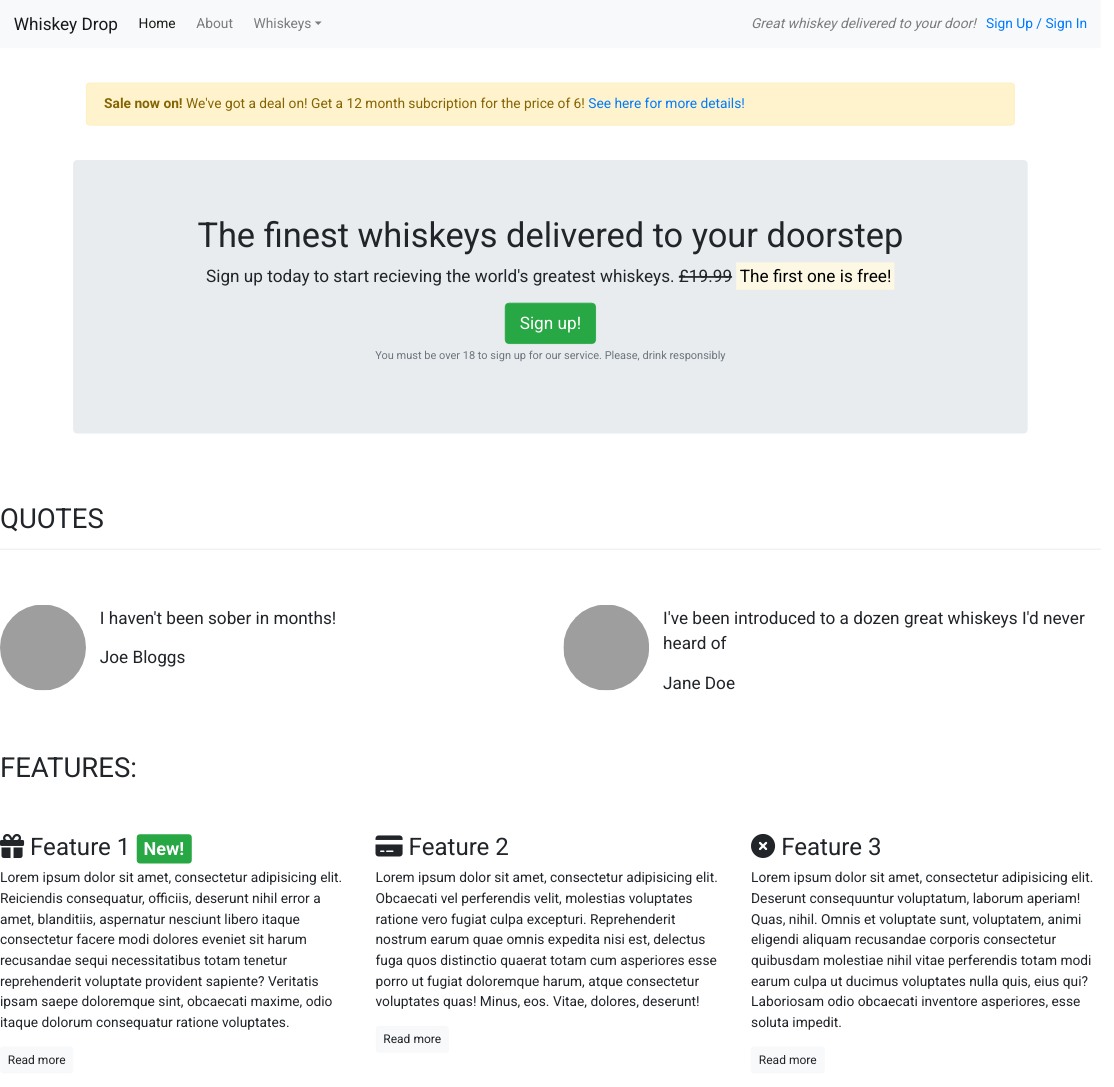
Repository: Matt-F90/Intro-to-bootstrap
Page: index.html
The author's editor kept a record of every edit. The page is drawn from the files as they stood at one moment, then again after the next edit.
The browser window is 1280 px wide. The page is 1295 px wide, so the pictures cover 1295 px, including what lies to the right of the window. The pictures show the whole page, at 86% of full size.
Pictures or frames that could not be fetched are drawn as grey boxes. Some web libraries are served in a nearby version.

Above is the page before.
Console error: TypeError: Cannot read properties of undefined (reading 'fn')

### index.html
<!DOCTYPE html>
<html lang="en">

<head>
    <meta charset="UTF-8">
    <meta name="viewport" content="width=device-width, initial-scale=1.0">
    <meta http-equiv="X-UA-Compatible" content="ie=edge">
    <title>Whiskey Drop | Taste a new whiskey every month</title>
    <link rel="stylesheet" href="https://stackpath.bootstrapcdn.com/bootstrap/4.1.3/css/bootstrap.min.css" integrity="sha384-MCw98/SFnGE8fJT3GXwEOngsV7Zt27NXFoaoApmYm81iuXoPkFOJwJ8ERdknLPMO" crossorigin="anonymous">
    <script src="https://stackpath.bootstrapcdn.com/bootstrap/4.1.3/js/bootstrap.min.js" integrity="sha384-ChfqqxuZUCnJSK3+MXmPNIyE6ZbWh2IMqE241rYiqJxyMiZ6OW/JmZQ5stwEULTy" crossorigin="anonymous"></script>
    <script src="https://kit.fontawesome.com/f919e2be21.js" crossorigin="anonymous"></script>
    <link href="https://fonts.googleapis.com/css?family=Roboto:400,700&display=swap" rel="stylesheet">
    <link rel="stylesheet" href="css/style.css" type="text/css">

    <body>
        <nav class="navbar navbar-light bg-light navbar-expand-sm">
            <a href="/" class="navbar-brand">Whiskey Drop</a>

            <button class="navbar-toggler ml-auto" type="button" data-toggle="collapse" data-target="#navbarNavDropdown" aria-controls="navbarNavDropdown" aria-expanded="false" aria-label="Toggle navigation">
        <span class="navbar-toggler-icon"></span></button>

            <div class="collapse navbar-collapse" id="navbarNavDropdown">

                <ul class="navbar-nav mr-auto">
                    <li class="active nav-item mr-2"><a class="nav-link" href="/">Home</a></li>
                    <li class="nav-item mr-2"><a class="nav-link" href="/about">About</a></li>
                    <li class "nav-item dropdown">
                        <a class="nav-link dropdown-toggle" href="#" id="navbarDropdownMenuLink" role="button" data-toggle="dropdown" aria-haspopup="true" aria-expanded="false">
          Whiskeys</a>
                        <div class="dropdown-menu" aria-labelledby="navbarDropdownMenuLink">
                            <a class="dropdown-item" href="#">Irish</a>
                            <a class="dropdown-item" href="#">Scotch</a>
                            <a class="dropdown-item" href="#">Japanese</a>
                            <a class="dropdown-item" href="#">American</a>
                        </div>
                    </li>
                    <li class="nav-item mr-2 d-block d-sm-none"><a class="nav-link" href="/login">Sign Up / Sign In</a></li>
                </ul>
            </div>
            <div class="d-none d-md-block">
                <p class="navbar-text my-auto mr-2"><i>Great whiskey delivered to your door!</i></p>
                <a href="/login">Sign Up / Sign In</a>
            </div>
        </nav>
        <div class="container mt-3">
            <div class="row d-none d-sm-inline">
                <div class="col-12">
                    <div class="alert alert-warning">
                        <strong>Sale now on!</strong> We've got a deal on! Get a 12 month subcription for the price of 6! <a href "/">See here for more details!</a>
                    </div>
                </div>
            </div>
            <div class="row">
                <div class="col-12">
                    <section class="callout jumbotron text-center">
                        <h1>The finest whiskeys delivered to your doorstep</h1>
                        <p class="lead">Sign up today to start recieving the world's greatest whiskeys.
                            <s class="d-none d-sm-inline">£19.99</s>
                            <span class="d-inline d-sm-none"><br></span>
                            <strong><mark>The first one is free!</mark></strong></p>
                        <button class="btn btn-success btn-lg" data-toggle="modal" data-target="#signUpModal">Sign up!</button>
                        <p class="text-muted"><small>You must be over 18 to sign up for our service. Please, drink responsibly</small></p>
                    </section>
                </div>
            </div>
        </div>

<container class="quotes-container">
        <section class="quotes">
            <div class="row">
                <div class="col-12 my-5">
                    <h2 class="text-uppercase">Quotes</h2>
                    <hr />
                </div>
            </div>
            <div class="row">
                <div class="col-12 col-md-6">
                    <div class="media">
                        <div class="d-none d-sm-block">
                            <img src="images/guy-image.png" class="rounded-circle mr-3" height=100 width=100>
                        </div>
                        <div class="media-body">
                            <blockquote class="blockquote">
                                <p>I haven't been sober in months!</p>
                                <p>Joe Bloggs</p>
                            </blockquote>
                        </div>
                    </div>
                </div>
                <div class="col-12 col-md-6">
                    <div class="media">
                        <div class="d-none d-sm-block">
                            <img src="images/girl-image.png" class="rounded-circle mr-3" height=100 width=100>
                        </div>
                        <div class="media-body">
                            <blockquote class="blockquote">
                                <p>I've been introduced to a dozen great whiskeys I'd never heard of</p>
                                <p>Jane Doe</p>
                            </blockquote>
                        </div>
                    </div>
                </div>
            </div>
        </section>
        </div>

        <section class="features">
            <div class="row">
                <div class="col-12 my-5">
                    <h2 class="text-uppercase">Features:</h2>
                </div>
            </div>
            <div class="row">
                <div class="col-12 col-md-6 col-lg-4">
                    <div class="feature">
                        <h3><i class="fas fa-gift d-none d-sm-inline"></i> Feature 1 <span class="badge badge-success d-none d-sm-inline">New!</span></h3>
                        <p>Lorem ipsum dolor sit amet, consectetur adipisicing elit. Reiciendis consequatur, officiis, deserunt nihil error a amet, blanditiis, aspernatur nesciunt libero itaque consectetur facere modi dolores eveniet sit harum recusandae
                            sequi necessitatibus totam tenetur reprehenderit voluptate provident sapiente? Veritatis ipsam saepe doloremque sint, obcaecati maxime, odio itaque dolorum consequatur ratione voluptates.</ipsum50>
                        </p>
                        <p><a class="btn btn-sm btn-light">Read more</a></p>
                    </div>
                </div>
                <div class="col-12 col-md-6 col-lg-4">
                    <div class="feature">
                        <h3><i class="fas fa-credit-card d-none d-sm-inline"></i> Feature 2 </h3>
                        <p>Lorem ipsum dolor sit amet, consectetur adipisicing elit. Obcaecati vel perferendis velit, molestias voluptates ratione vero fugiat culpa excepturi. Reprehenderit nostrum earum quae omnis expedita nisi est, delectus fuga quos distinctio
                            quaerat totam cum asperiores esse porro ut fugiat doloremque harum, atque consectetur voluptates quas! Minus, eos. Vitae, dolores, deserunt!</p>
                        <p><a class="btn btn-sm btn-light">Read more</a></p>
                    </div>
                </div>
                <div class="col-12 d-md-none d-lg-block col-lg-4">
                    <div class="feature">
                        <h3><i class="fas fa-times-circle d-none d-sm-inline">
                                </i> Feature 3</h3>
                        <p>Lorem ipsum dolor sit amet, consectetur adipisicing elit. Deserunt consequuntur voluptatum, laborum aperiam! Quas, nihil. Omnis et voluptate sunt, voluptatem, animi eligendi aliquam recusandae corporis consectetur quibusdam molestiae
                            nihil vitae perferendis totam modi earum culpa ut ducimus voluptates nulla quis, eius qui? Laboriosam odio obcaecati inventore asperiores, esse soluta impedit.</p>
                        <p><a class="btn btn-sm btn-light">Read more</a></p>
                    </div>
                </div>
            </div>
        </section>


        <div class="modal" tabindex="-1" role="dialog" id="signUpModal">
            <div class="modal-dialog" role="document">
                <div class="modal-content">
                    <div class="modal-header">
                        <h5 class="modal-title">Sign Up To Whiskey Drop</h5>
                        <button type="button" class="close" data-dismiss="modal" aria-label="Close">
          <span aria-hidden="true">&times;</span>
        </button>
                    </div>
                    <div class="modal-body">

                        <form>
                            <div class="form-group">
                                <label for="exampleInputEmail1">Email address</label>
                                <input type="email" class="form-control" id="exampleInputEmail1" aria-describedby="emailHelp" placeholder="Enter email">
                                <small id="emailHelp" class="form-text text-muted">We'll never share your email with anyone else.</small>
                            </div>
                            <div class="form-group">
                                <label for="password">Password</label>
                                <input type="password" class="form-control" id="password" placeholder="Password">
                            </div>
                            <div class="form-group">
                                <label for="repeatpassword">Repeat Password</label>
                                <input type="password" class="form-control" id="exampleInputPassword1" placeholder="Password">
                            </div>
                            <button type="submit" class="btn btn-success">Submit</button>
                        </form>

                    </div>
                </div>
            </div>
        </div>

        <script src="https://code.jquery.com/jquery-3.3.1.slim.min.js" integrity="sha384-q8i/X+965DzO0rT7abK41JStQIAqVgRVzpbzo5smXKp4YfRvH+8abtTE1Pi6jizo" crossorigin="anonymous"></script>
        <script src="https://cdnjs.cloudflare.com/ajax/libs/popper.js/1.14.3/umd/popper.min.js" integrity="sha384-ZMP7rVo3mIykV+2+9J3UJ46jBk0WLaUAdn689aCwoqbBJiSnjAK/l8WvCWPIPm49" crossorigin="anonymous"></script>
        <script src="https://stackpath.bootstrapcdn.com/bootstrap/4.1.3/js/bootstrap.min.js" integrity="sha384-ChfqqxuZUCnJSK3+MXmPNIyE6ZbWh2IMqE241rYiqJxyMiZ6OW/JmZQ5stwEULTy" crossorigin="anonymous"></script>
    </body>

</html>

### css/style.css
body {
  font-family: 'Roboto', sans-serif;
}

.alert-container {}

.callout-container{
    height: 100vh
}

.quotes-container{}

.features-container {}

After the next edit:
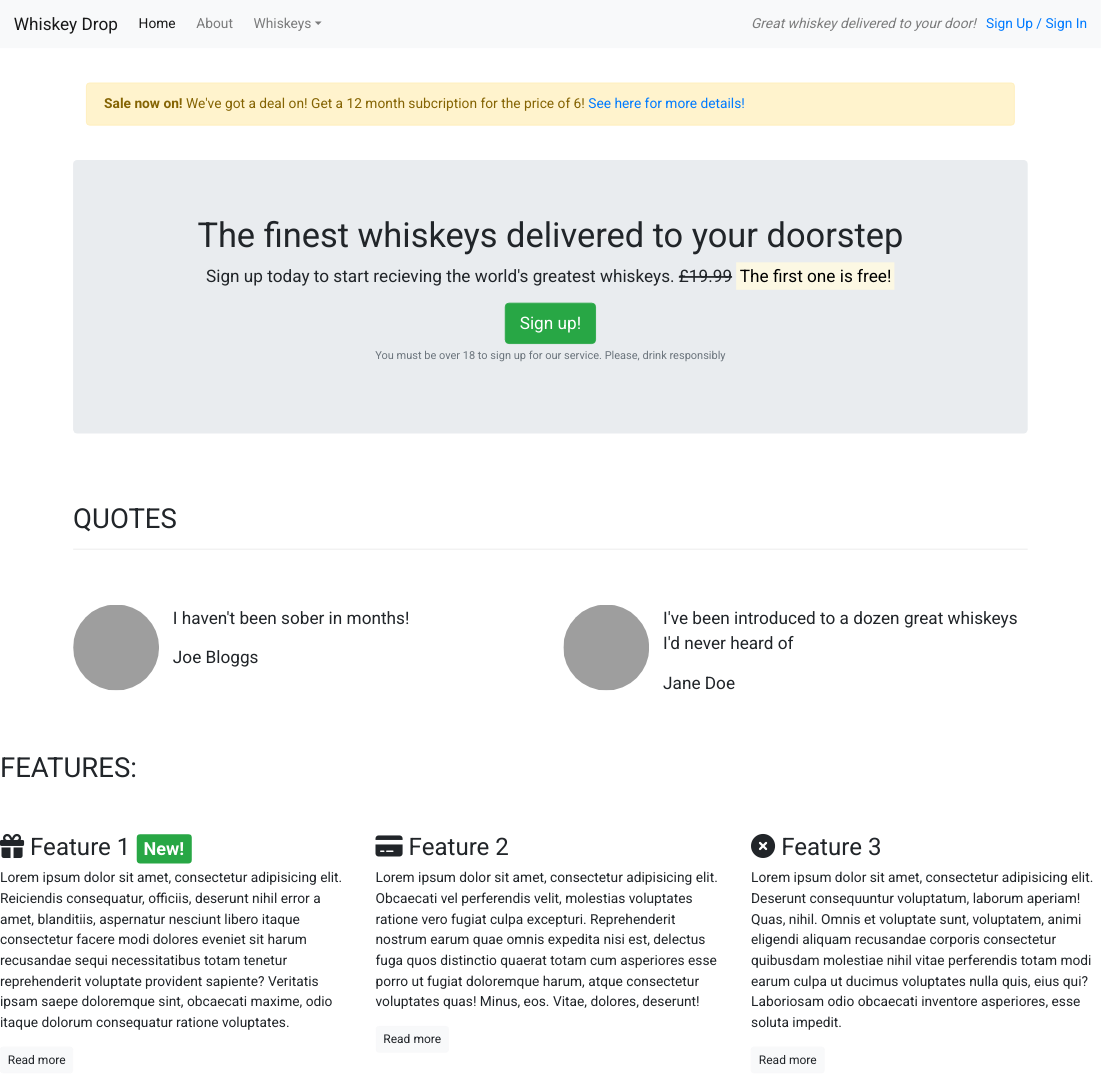
The edit:
--- a/index.html
+++ b/index.html
@@ -65,7 +65,7 @@
             </div>
         </div>
 
-<container class="quotes-container">
+<div class="container  quotes-container">
         <section class="quotes">
             <div class="row">
                 <div class="col-12 my-5">
